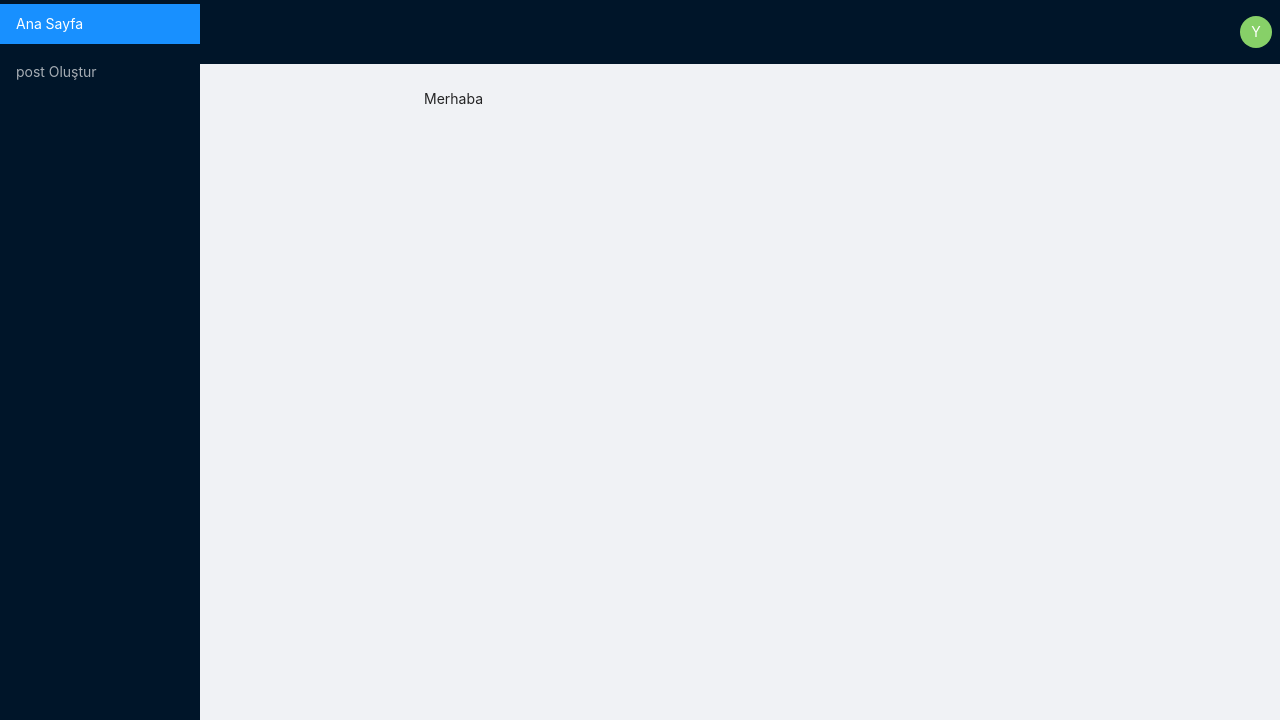
Repository: sevilgenysf/my-blog
Page: /
The author's editor kept a copy of each file at every save. The page is drawn from the files as they stood at one save, then again after the next save.
The browser window is 1280 px wide. The pictures show the whole page.
The project was rebuilt for these pictures with package versions that can differ from the ones it lists, and the page was loaded fresh each time. Also part of the build but not shown: src/index.css, src/App.css, src/components/Sidebar/Sidebar.css.

Above is the page before, as saved 2022-08-18 15:21:13.

### src/index.js
import React from 'react';
import ReactDOM from 'react-dom/client';
import './index.css';
import App from './App';
import reportWebVitals from './reportWebVitals';
import 'antd/dist/antd.css';
import MainLayout from './layouts/Main/MainLayout';

const root = ReactDOM.createRoot(document.getElementById('root'));
root.render(
	<React.StrictMode>
		<MainLayout>
			<App />
		</MainLayout>
	</React.StrictMode>
);

// If you want to start measuring performance in your app, pass a function
// to log results (for example: reportWebVitals(console.log))
// or send to an analytics endpoint. Learn more: https://bit.ly/CRA-vitals
reportWebVitals();

### src/App.js
import logo from './logo.svg';
import './App.css';

function App() {
	return (
		<div className="App">
			<header className="App-header">Merhaba</header>
		</div>
	);
}

export default App;

### src/layouts/Main/MainLayout.js
import React from 'react';
import './MainLayout.css';
import { Layout } from 'antd';
import Sidebar from '../../components/Sidebar/Sidebar';
import AppHeder from '../../components/AppHeader/AppHeder';
import AppContent from '../../components/AppContent/AppContent';

function MainLayout(props) {
	return (
		<Layout>
			<Sidebar />
			<Layout style={{ marginLeft: '200px' }}>
				<AppHeder />
				<AppContent>{props.children}</AppContent>
			</Layout>
		</Layout>
	);
}

export default MainLayout;

### src/components/Sidebar/Sidebar.js
import React from 'react';
import { Menu, Layout } from 'antd';
import './Sidebar.css';
import { Link } from 'react-router-dom';

function Sidebar() {
	return (
		<Layout.Sider className="sidebar">
			<Menu
				theme="dark"
				mode="vertical"
				style={{ height: '100vh' }}
				defaultSelectedKeys={['/']}
			>
				<Menu.Item key="/">
					{/* <Link to="/">Ana Sayfa</Link> */}Ana Sayfa
				</Menu.Item>
				<Menu.Item key="/post/create-post">
					{/* <Link to="/post/create-post">Post Oluştur</Link> */}
					post Oluştur
				</Menu.Item>
			</Menu>
		</Layout.Sider>
	);
}

export default Sidebar;

### src/components/AppHeader/AppHeder.js
import React from 'react';
import { Layout, Menu, Dropdown, Avatar } from 'antd';
import './AppHeader.css';

function AppHeder() {
	const menu = () => {
		return (
			<Menu theme="dark">
				<Menu.Item key="exit">Çıkış Yap</Menu.Item>
			</Menu>
		);
	};
	return (
		<Layout.Header className="app-header">
			<Dropdown overlay={menu} placement="bottomLeft">
				<Avatar style={{ background: '#87d068' }}>Y</Avatar>
			</Dropdown>
		</Layout.Header>
	);
}

export default AppHeder;

### src/components/AppContent/AppContent.js
import React from 'react';
import './AppContent.css';
import { Layout } from 'antd';

function AppContent(props) {
	return (
		<Layout.Content className="app-content">
			<div className="app-content-wrapper">{props.children}</div>
		</Layout.Content>
	);
}

export default AppContent;

### src/components/AppHeader/AppHeader.css
.app-header {
	display: flex !important;
	align-items: center !important;
	justify-content: flex-end !important ;
	width: calc(100% - 200px) !important;
	padding: 0 !important;
	position: fixed !important;
	padding: 8px !important;
	top: 0 !important;
	right: 0 !important;
}

### src/components/AppContent/AppContent.css
.app-content {
	margin-top: 64px !important;
	height: calc(100% - 64px);
}

.app-content-wrapper {
	height: 100%;
	padding: 24px;
	overflow: auto;
}

Loaded but not shown: public/index.html (common file); src/reportWebVitals.js (common file); src/layouts/Main/MainLayout.css (no stored copy; drawn as an empty file)

After the next save:
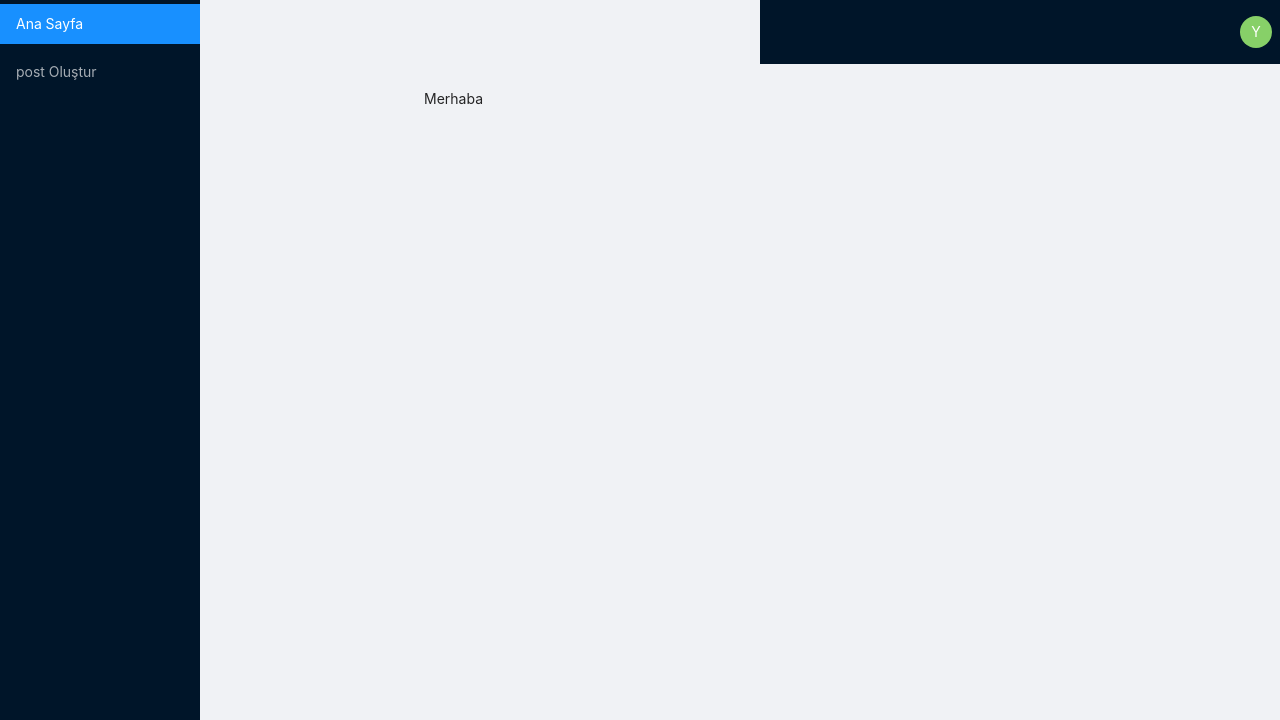
Saved 106 min 57 s later.
--- a/src/components/AppHeader/AppHeader.css
+++ b/src/components/AppHeader/AppHeader.css
@@ -2,7 +2,7 @@
 	display: flex !important;
 	align-items: center !important;
 	justify-content: flex-end !important ;
-	width: calc(100% - 200px) !important;
+	width: calc(100vh - 200px) !important;
 	padding: 0 !important;
 	position: fixed !important;
 	padding: 8px !important;

After the save that followed:
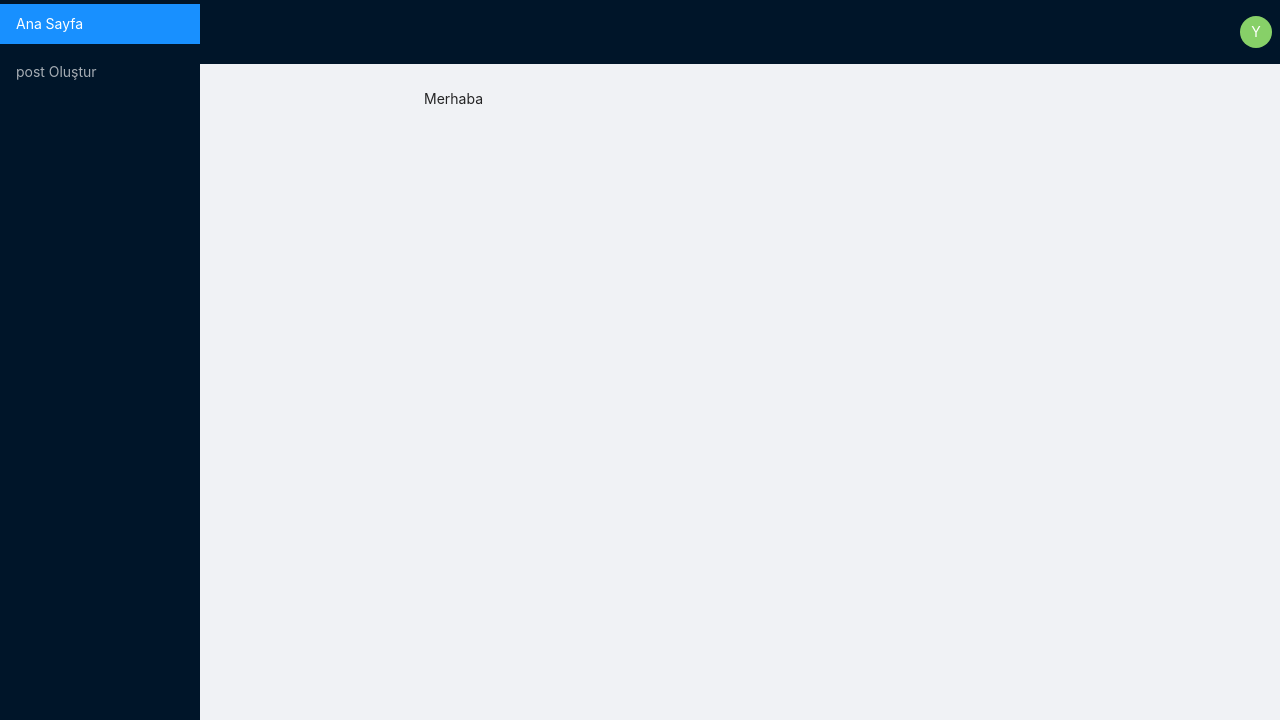
Saved 13 s later.
--- a/src/components/AppHeader/AppHeader.css
+++ b/src/components/AppHeader/AppHeader.css
@@ -2,7 +2,7 @@
 	display: flex !important;
 	align-items: center !important;
 	justify-content: flex-end !important ;
-	width: calc(100vh - 200px) !important;
+	width: calc(100% - 200px) !important;
 	padding: 0 !important;
 	position: fixed !important;
 	padding: 8px !important;
